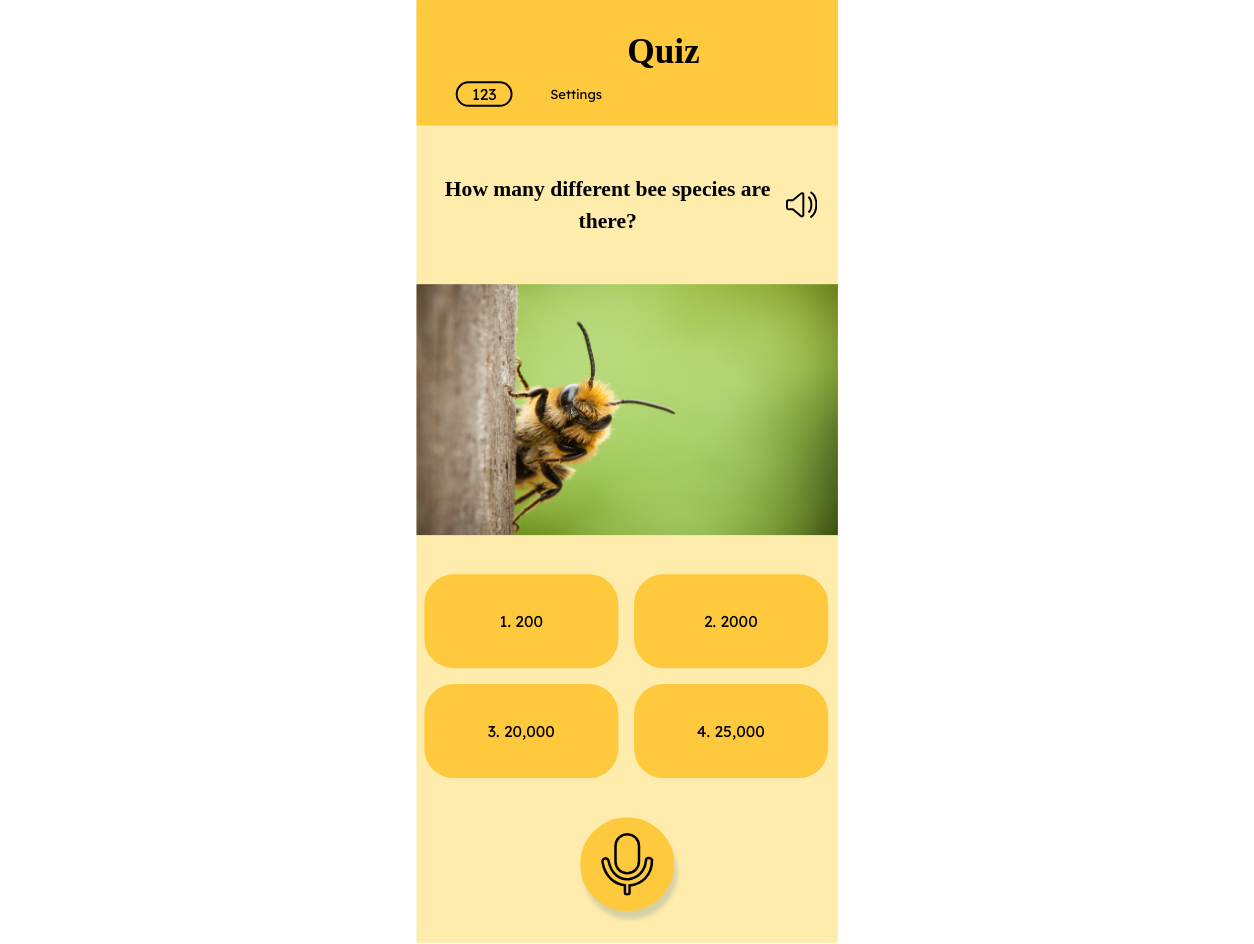
Repository: kellyzyhuang/HiveFive
Page: /Quiz
These files come from the project's save history. The page is drawn as it stood at one moment and after the next save; the edit follows.
The browser window is 1280 px wide. The pictures show the whole page, at 98% of full size.
Some web fonts or font styles are not loaded; a fallback is used. The project was rebuilt for these pictures with package versions that can differ from the ones it lists, and the page was loaded fresh each time. The framework's server and built-in components were replaced by stand-ins that run in the browser. Also part of the build but not shown: next.config.js, components/QuizResults/QuizResults.module.css, components/QuizResults/index.js, components/QuizPopup/QuizPopup.module.css, components/QuizPopup/index.js.

Above is the page before, as saved 2024-04-07 19:39:58.

### pages/Quiz.js
import { useState } from "react";
import { quiz } from '../data/inventory.js';
import Header from "@/components/Header/index.js";
import styles from "@/styles/Quiz.module.css";
import QuizResults from "@/components/QuizResults";
import QuizPopup from "@/components/QuizPopup";

export default function Quiz() {
  const [currentQuestionNumber, setCurrentQuestionNumber] = useState(0);
  const [points, setPoints] = useState(0);
  const [popup, setPopup] = useState(false);
  const [isCorrectAnswer, setIsCorrectAnswer] = useState(false);
  const [correctAnswersTotal, setCorrectAnswersTotal] = useState(0);
  const [quizComplete, setQuizComplete] = useState(false);
  const currentQuestion = quiz.questions[currentQuestionNumber];

  const displayAnswer = (option) => {
    const isCorrect = option == currentQuestion.answer;
    setIsCorrectAnswer(isCorrect);
    setPopup(true);

    if (isCorrect) {
      setPoints(points + 5);
      setCorrectAnswersTotal(correctAnswersTotal + 1);
    }
  };

  const nextQuestion = () => {
    setPopup(false);
    const nextQuestionIndex = currentQuestionNumber + 1;

    if (nextQuestionIndex < quiz.questions.length) {
      setCurrentQuestionNumber(nextQuestionIndex);
    } else {
      setQuizComplete(true);
    }
  };

  const restartQuiz = () => {
    setCurrentQuestionNumber(0);
    setCorrectAnswersTotal(0);
    setQuizComplete(false);
  };

  if (quizComplete) {
    return <QuizResults
             correctAnswersTotal={correctAnswersTotal}
             questionCount={quiz.questions.length}
             onRestart={restartQuiz}
            />;
  };

  return (
    <>
      <div className={styles.screen}>
        <Header title="Quiz"/>
        <div className={styles.buffer}></div>
        <div className={styles.questionHead}>
          <h1 className={styles.question}>{currentQuestion.question}</h1>
          <img className={styles.speaker} src={"/images/speaker_icon.svg"} width={1} height={1}/>
        </div>
        <img className={styles.gameBanner} src={"/images/peekaboo_bee.jpeg"} width={1} height={1}/>
        <div className={styles.optionContainer}>
          {currentQuestion.options.map((option, index) => (
            <div key={index} className={styles.option} onClick={() => displayAnswer(option)}>
              <p>{index + 1}. {option}</p>
            </div>
          ))}
        </div>
        {popup && (
          <QuizPopup
            isCorrect={isCorrectAnswer}
            answer={currentQuestion.answer}
            onNextQuestion={nextQuestion}
          />
        )}
        <img className={styles.microphone} src={"/images/mic_icon.svg"} width={1} height={1}></img>
      </div>
    </>
  );
}

### styles/globals.css
:root {
  --secondary-color: #FEECAC;
  --accent-color: #FFC93D;
  --tertiary-color: #4D6A58;
  --black-text: #0000;
  --incorrect: #851313;
  --correct: #1E3E19;
  --shadow: #D5D1A7;
}

### data/inventory.js
export const quiz = {
  questions: [
    {
      id: 1,
      question: "How many different bee species are there?",
      options: ["200", "2000", "20,000", "25,000"],
      answer: "25,000",
    },
    {
      id: 2,
      question: "How fast can a honeybee fly?",
      options: ["5km/h", "10km/h", "24km/h", "20km/h"],
      answer: "24km/h",
    },
    {
      id: 3,
      question: "On average, how much honey does a honey bee worker produce in her lifetime?",
      options: ["1 cup", "1/12 tablespoon", "1 teaspoon", "1/12 teaspoon"],
      answer: "1/12 teaspoon",
    },
    {
      id: 4,
      question: "How many flower visits does it take to make one pound of honey?",
      options: ["200", "4000", "2,000,000", "200,000"],
      answer: "2,000,000",
    },
    {
      id: 5,
      question: "How many hours do honeybees sleep a night?",
      options: ["0", "3", "8", "12"],
      answer: "0",
    }
  ]
}

### components/Header/index.js
import styles from './Header.module.css';
import Image from 'next/image';
import Link from 'next/link';

export default function Header({ title }) {
  return(
    <header className={styles.header}>
      {/* <Image src="/images/bee.png" alt="bee icon" width={1} height={1}/>  */}
      {/* exit button will be here */}
      <ul className={styles.list}>
        <li className={styles.listItem}>
          <div className={styles.counter}>123</div>
        </li>
        <li className={styles.listItem}>
          <h1 className={styles.pageTitle}>{title}</h1>
        </li>
        <li className={styles.listItem}>
          <button className={styles.settings}><Link href="/Settings"><Image className={styles.settingsImg}/>Settings</Link></button>
        </li>
      </ul>
    </header>
  )
}

### styles/Quiz.module.css
@import url('https://fonts.googleapis.com/css2?family=Besley:ital,wght@0,400..900;1,400..900&family=Lexend:wght@100..900&display=swap');

.screen {
    width: 430px;
    height: 100%;
    background-color: var(--secondary-color);
    margin: -7px auto;
    display: flex;
    flex-wrap: wrap;
    justify-content: center;
    font-family: 'Lexend', sans-serif;
  }

  .question{
    font-size: 1.375rem;
    text-align: center;
    margin-right: 0.5rem;
    line-height: 2.1rem;
    font-family: 'Besley', serif;
  }

  .buffer{
    height: 10rem;
    width: 100%;
  }

  .speaker {
    width: 2rem;
    height: 2rem;
  }

  .gameBanner {
    width: 100%;
    background-color: var(--accent-color);
    height: 16rem;
    margin: 2rem 0;
  }

  .questionHead {
    display: flex;
    width: 90%;
    align-items: center;
    justify-content: space-between;
  }

  .option {
    width: 46%;
    height: 6rem;
    border-radius: 30px;
    margin: 0.5rem;
    background-color: var(--accent-color);
    display: flex;
    justify-content: center;
    align-items: center;
  }

  .optionContainer {
    display: flex;
    flex-wrap: wrap;
    width: 100%;
  }

  .microphone {
    background-color: var(--accent-color);
    height: 4rem;
    width: 4rem;
    margin: 2rem 0;
    padding: 1rem;
    border-radius: 50%;
    box-shadow: 0.2rem 0.5rem 0.3rem var(--shadow);
  }

### components/Header/Header.module.css
.header {
  background-color: var(--accent-color);
  height: 8rem;
  width: 430px;
  position: fixed;
  top: 0;
  z-index: 1000;
  display: flex;
}

.list {
  list-style-type: none;
  display: flex;
  justify-content: space-between;
  align-items: center;
}

.pageTitle {
  font-size: 2.25rem;
  width: 100%;
  margin-right: 7rem;
  position: fixed;
  top: 1%;
  left: 50%;
  font-family: 'Besley', serif;
}

.counter {
  border: 2px solid black;
  width: 3rem;
  height: 1rem;
  padding: 0.2rem;
  margin-right: 4rem;
  border-radius: 20px;
  background-color: none;
  display: flex;
  justify-content: center;
  align-items: center;
  margin-top: 4rem;
}

.settings {
  transform: translate(-2rem);
  margin-top: 4rem;
  background-color: inherit;
  border: none;
  font-family: 'Lexend', sans-serif;
}

.settings a{
  color: black;
  text-decoration: none;
}

Loaded but not shown: pages/_app.js (common file); pages/_document.js (common file)

After the next save:
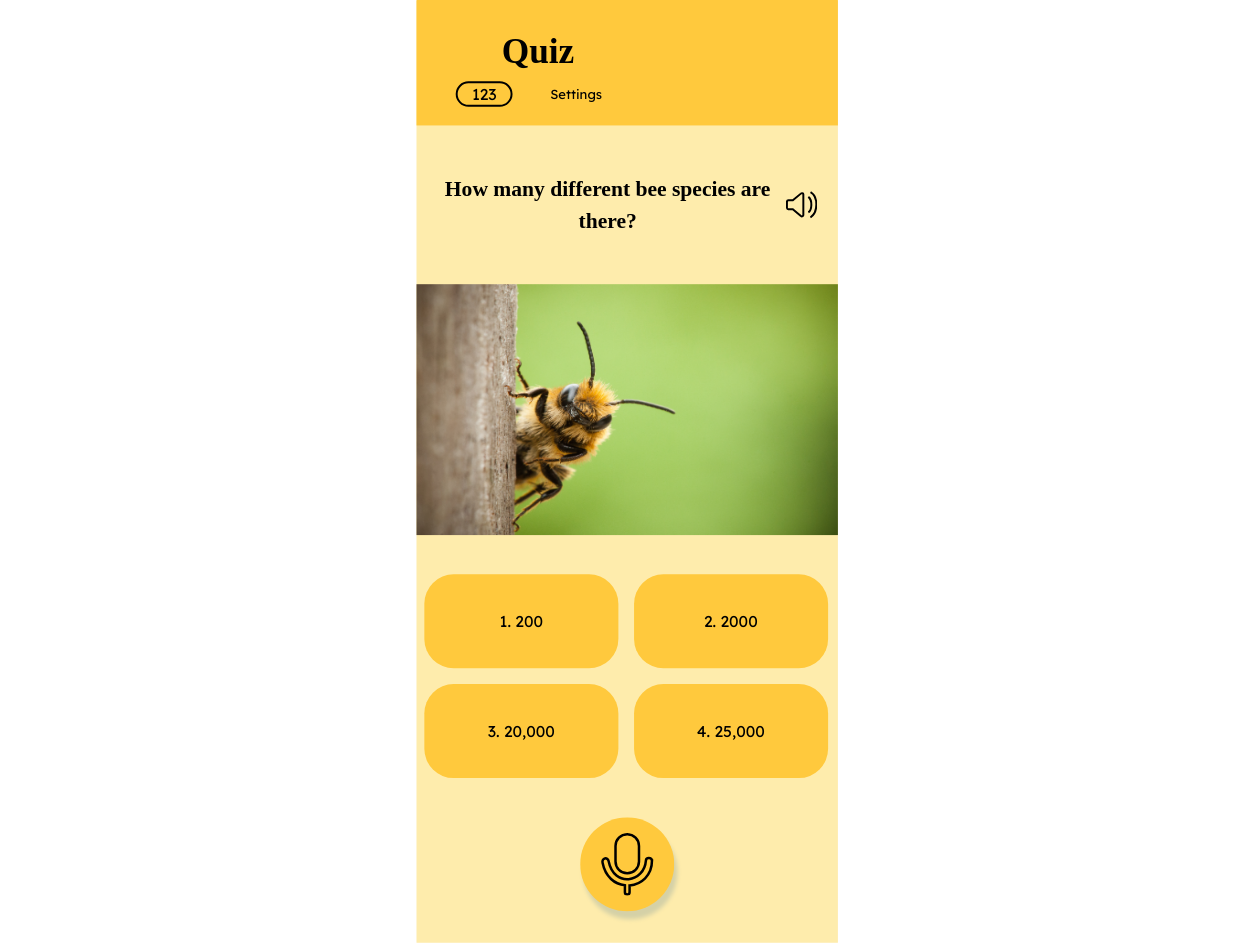
Saved 7 s later.
--- a/components/Header/Header.module.css
+++ b/components/Header/Header.module.css
@@ -21,7 +21,7 @@
   margin-right: 7rem;
   position: fixed;
   top: 1%;
-  left: 50%;
+  left: 40%;
   font-family: 'Besley', serif;
 }
 
